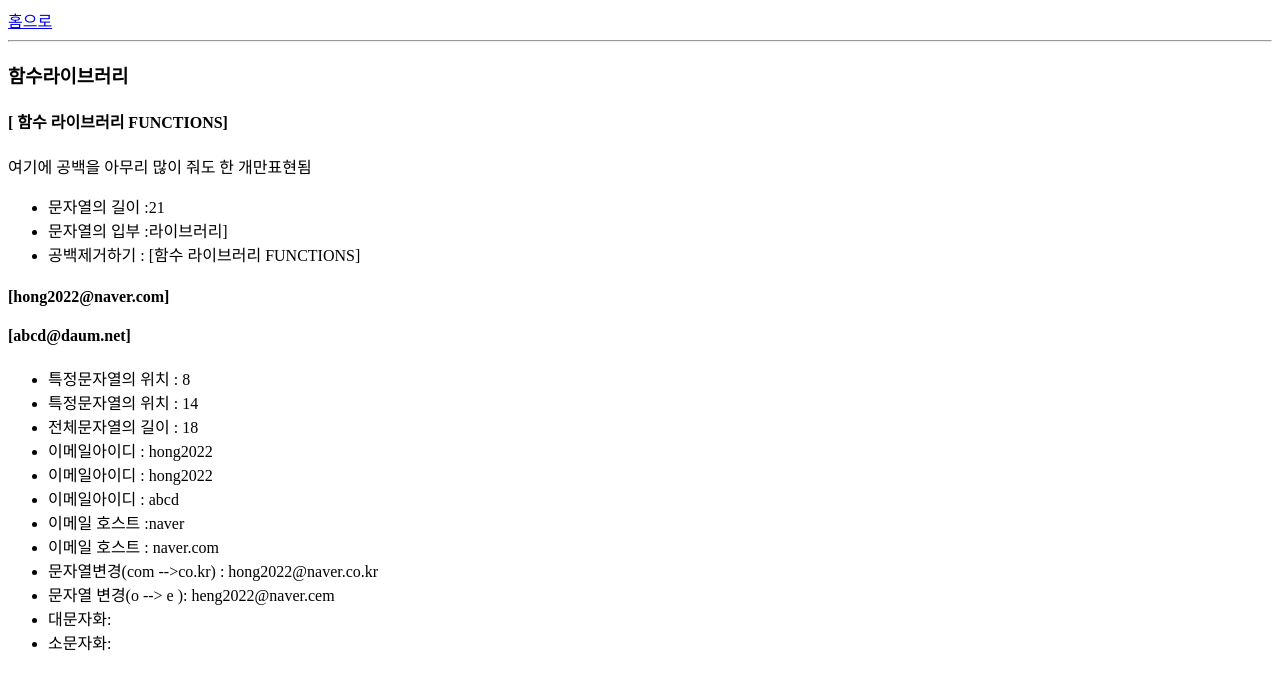
Repository: hyewoon/web
Page: http://localhost/servlet04/jstl/functions.jsp
An editor plug-in stored every save of this project. The page is shown before and after the next save, followed by the edit.
The browser window is 1280 px wide. The pictures show the whole page.
The page is served by Tomcat 9. Other server files are loaded and not shown.

Above is the page before, as saved 2022-11-18 08:18:19.

### servlet04/src/main/webapp/jstl/functions.jsp
<%@ page language="java" contentType="text/html; charset=UTF-8"
    pageEncoding="UTF-8"%>
<%@ taglib prefix= "c" uri ="http://java.sun.com/jsp/jstl/core" %>
<%@ taglib uri ="http://java.sun.com/jsp/jstl/functions" prefix="fn" %>

<!DOCTYPE html>
<html>
<head>
<meta charset="UTF-8">
<title>Insert title here</title>
</head>
<body>
<div> <a href = '<c:url value="/" />' >홈으로</a>  </div>
<hr>
<h3>함수라이브러리</h3>
<c:set var='title' value= '   함수 라이브러리 FUNCTIONS'/>
<h4>[${title}]</h4>
여기에   공백을   아무리 많이   줘도 한 개만표현됨

<ul>
	<li> 문자열의 길이 :${fn:length(title) }</li>
	<li> 문자열의 입부 :${fn: substring(title, 6, 11) }]</li>
	<!--세번쨔 파라미터 생략 불가  -->
	<li> 공백제거하기 : [${fn: trim(title)}]</li>
</ul>

<c:set var ='email' value ='hong2022@naver.com'/>
<c:set var = 'contect' value ='abcd@daum.net'/>

<h4>[${email}]</h4>
<h4>[${contect}]</h4>



<ul>
	<li>특정문자열의 위치 :  ${fn: indexOf(email, '@') }</li>
	<li>특정문자열의 위치 :  ${fn: indexOf(email, '.') }</li>
	<li>전체문자열의 길이 : ${fn: length(email)} </li>
	<!--이메일주소에서 아이디만 출력하기  -->
	<li>이메일아이디 : ${fn:substring(email, 0 ,8) }</li>
	<li>이메일아이디 : ${fn:substring(email, 0 , fn:indexOf(email, '@'))}</li>
	<li>이메일아이디 : ${fn:substring(contect, 0 , fn:indexOf(contect, '@'))}</li>
	<!--naver 문자열 뽑기
	<!--호스트만 출력하기-->
	<li>이메일 호스트 :${fn:substring(email, fn:indexOf(email, '@')+1 , fn:indexOf(email, '.') ) }</li>
	<li>이메일 호스트 : ${fn:substring(email, fn:indexOf(email, '@')+1, fn:length(email) ) }</li>
	<li>문자열변경(com -->co.kr) : ${fn:replace(email,'com', 'co.kr' ) }</li>
	<!--실제 데이터가 변경된 것은 아니고 출력상에서만 변경  -->
	<li>문자열 변경(o --> e ): ${fn:replace(email, 'o', 'e') }</li>
	<li>대문자화: </li>
	<li>소문자화: </li>
</ul>




</body>
</html>

After the next save:
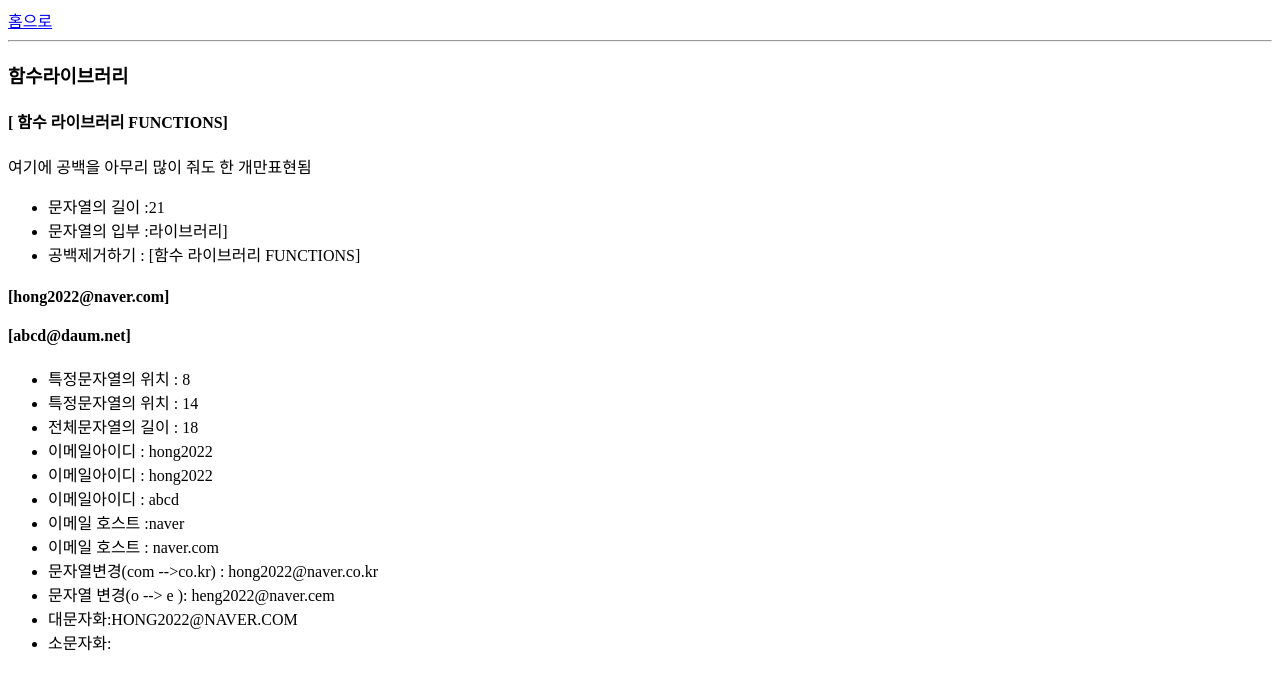
Saved 25 s later.
--- a/servlet04/src/main/webapp/jstl/functions.jsp
+++ b/servlet04/src/main/webapp/jstl/functions.jsp
@@ -47,7 +47,7 @@
 	<li>문자열변경(com -->co.kr) : ${fn:replace(email,'com', 'co.kr' ) }</li>
 	<!--실제 데이터가 변경된 것은 아니고 출력상에서만 변경  -->
 	<li>문자열 변경(o --> e ): ${fn:replace(email, 'o', 'e') }</li>
-	<li>대문자화: </li>
+	<li>대문자화:${fn:toUpperCase(email) } </li>
 	<li>소문자화: </li>
 </ul>
 
